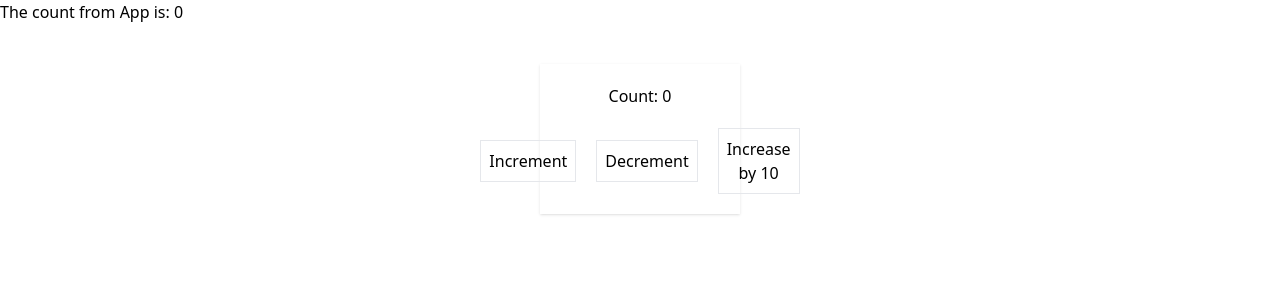
Repository: ngothiep2412/react-redux-course
Page: /
These files come from the project's save history. The page is drawn as it stood at one moment and after the next save; the edit follows.
The browser window is 1280 px wide. The pictures show the whole page.
The project was rebuilt for these pictures with package versions that can differ from the ones it lists, and the page was loaded fresh each time. Also part of the build but not shown: src/App.css.

Above is the page before, as saved 2022-08-08 22:47:55.

### src/index.js
import React from "react";
import { createRoot } from "react-dom/client";
import App from "./App";
import reportWebVitals from "./reportWebVitals";
import "./index.css";
import { Provider } from "react-redux";
import store from "./redux/configureStore";

const container = document.getElementById("root");
const root = createRoot(container);

root.render(
  <React.StrictMode>
    <Provider store={store}>
      <App />
    </Provider>
  </React.StrictMode>
);

// If you want to start measuring performance in your app, pass a function
// to log results (for example: reportWebVitals(console.log))
// or send to an analytics endpoint. Learn more: https://bit.ly/CRA-vitals
reportWebVitals();

### src/App.js
import React, { useState } from "react";
import "./App.css";
import Counter from "./components/Counter";
import { useSelector } from "react-redux";

function App() {
  // const [count, setCount] = useState(0);
  const { count } = useSelector((state) => state.counter);
  return (
    <div>
      <h2>The count from App is: {count}</h2>
      <Counter></Counter>
    </div>
  );
}

export default App;

### src/redux/configureStore.js
import { createStore, combineReducers } from "redux";
import counterReducer from "./counter";

const reducer = combineReducers({
  // key: value
  counter: counterReducer,
});

const store = createStore(reducer);

export default store;

### src/components/Counter.js
import React from "react";
import { useSelector, useDispatch } from "react-redux";
import { decrement, increment, incrementByValue } from "../redux/counter";
const Counter = () => {
  const { count } = useSelector((state) => state.counter);
  const dispatch = useDispatch();
  const handleIncrement = () => {
    dispatch(increment());
  };
  const handleDecrement = () => {
    dispatch(decrement());
  };
  const handleIncrementByValue = () => {
    dispatch(incrementByValue(10));
  };
  return (
    <div className="flex flex-col items-center p-5 bg-white shadow w-[200px] mx-auto mt-10">
      <h2 className="mb-5">Count: {count}</h2>
      <div className="flex items-center justify-center gap-x-5">
        <button
          className="inline-block p-2 border border-gray-200"
          onClick={handleIncrement}
        >
          Increment
        </button>
        <button
          className="inline-block p-2 border border-gray-200"
          onClick={handleDecrement}
        >
          Decrement
        </button>
        <button
          className="inline-block p-2 border border-gray-200"
          onClick={handleIncrementByValue}
        >
          Increase by 10
        </button>
      </div>
    </div>
  );
};

export default Counter;

### src/redux/counter.js
const INCREMENT = "increment";
const DECREMENT = "decrement";
const INCREMENTBYVALUE = "incrementbyvalue";
const initialState = {
  count: 0,
};

export const increment = () => ({
  type: INCREMENT,
});

export const decrement = () => ({
  type: DECREMENT,
});

export const incrementByValue = (value) => ({
  type: INCREMENTBYVALUE,
  payload: value,
});

function counterReducer(state = initialState, action) {
  switch (action.type) {
    case INCREMENT:
      return {
        ...state,
        count: state.count + 1,
      };
    case DECREMENT:
      return {
        ...state,
        count: state.count - 1,
      };
    case INCREMENTBYVALUE:
      return {
        ...state,
        count: state.count + action.payload,
      };
    default:
      return state;
  }
}

export default counterReducer;

Loaded but not shown: public/index.html (common file); src/reportWebVitals.js (common file); src/index.css (common file); tailwind.config.js (common file)

After the next save:
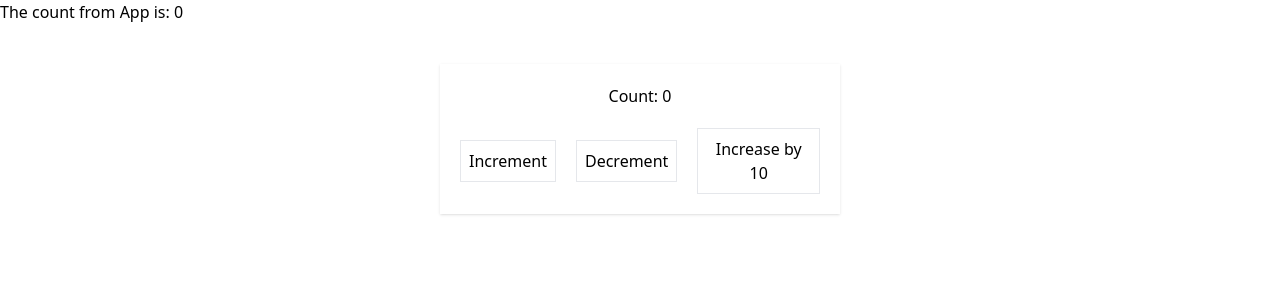
Saved 39 s later.
--- a/src/components/Counter.js
+++ b/src/components/Counter.js
@@ -14,7 +14,7 @@ const Counter = () => {
     dispatch(incrementByValue(10));
   };
   return (
-    <div className="flex flex-col items-center p-5 bg-white shadow w-[200px] mx-auto mt-10">
+    <div className="flex flex-col items-center p-5 bg-white shadow w-[400px] mx-auto mt-10">
       <h2 className="mb-5">Count: {count}</h2>
       <div className="flex items-center justify-center gap-x-5">
         <button
